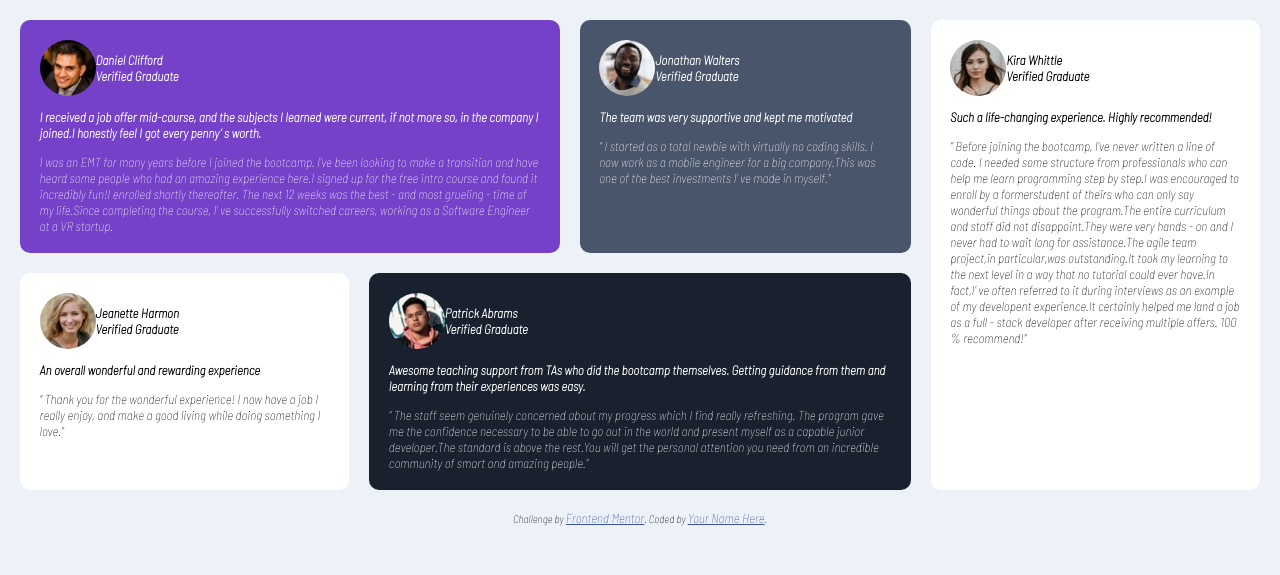
Repository: ibtihelbs/testimonials-grid-section-main
Page: index.html
These files come from the project's save history. The page is drawn as it stood at one moment and after a run of saves; the edit follows.
The browser window is 1280 px wide. The pictures show the whole page.

Above is the page before, as saved 2022-04-13 17:08:45.

After the next 2 saves:
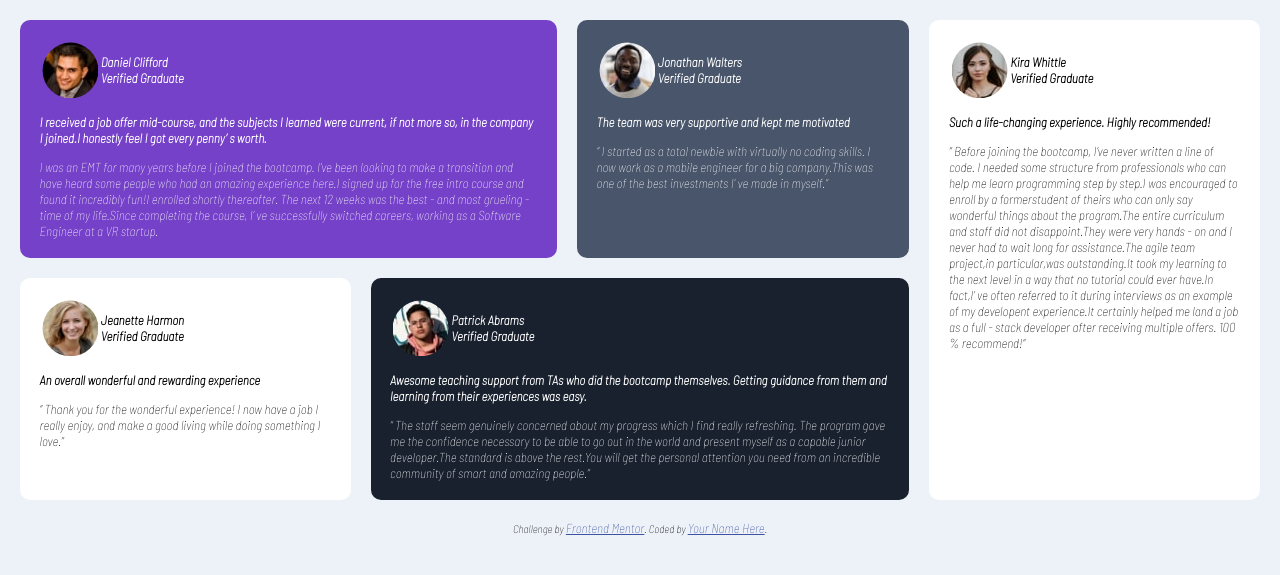
The 2 saves are shown as one change because they came seconds apart.
The last was saved 6 s later.
--- a/style.css
+++ b/style.css
@@ -85,7 +85,7 @@
 }
 img{
   border-radius: 50%;
-  padding: auto;
+  padding: .2rem;
 }
 .figure{
   display:flex;
